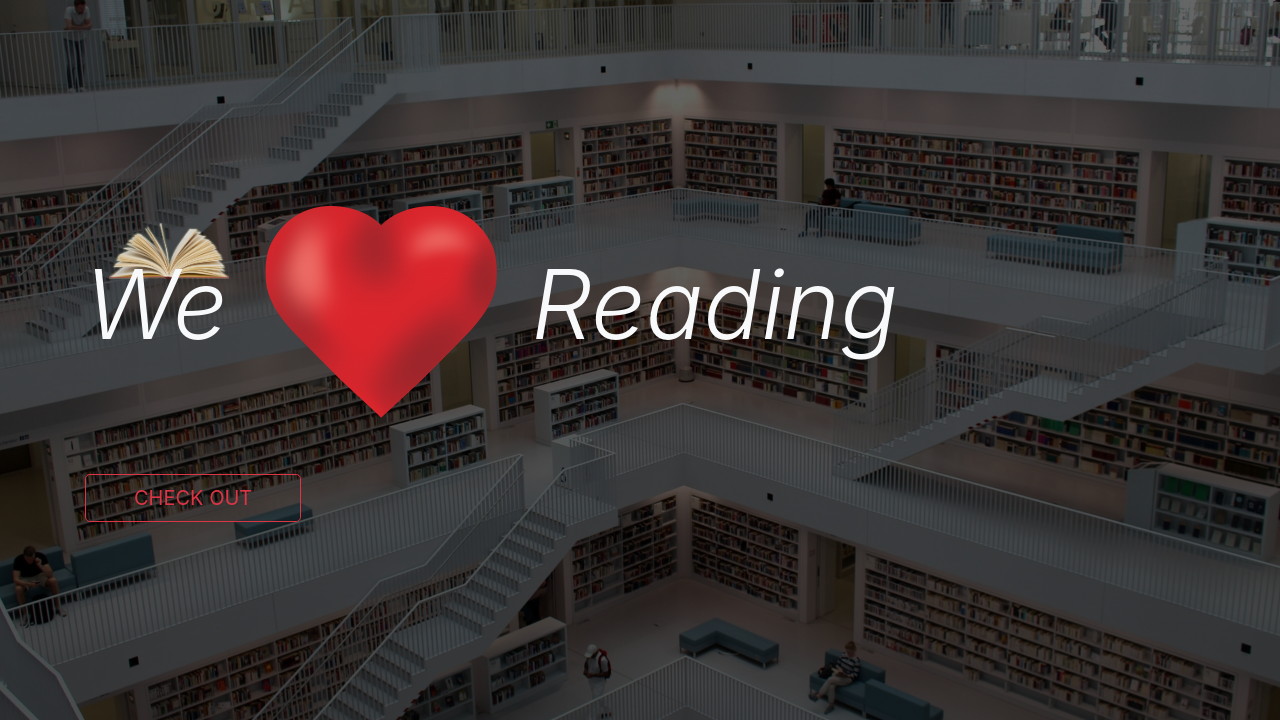
Repository: imedakrouti/BookStore
Page: index.html
An editor plug-in stored every save of this project. The page is shown before and after the next save, followed by the edit.
The browser window is 1280 px wide. The pictures show the whole page.
Some web libraries are served in a nearby version.

Above is the page before, as saved 2020-05-05 17:45:03.

### index.html
<!DOCTYPE html>
<html lang="en">
<head>
    <meta charset="UTF-8">
    <!-- meta view-port responsive design -->
    <meta name="viewport" content="width=device-width, initial-scale=1.0">
    <!-- Favicon -->
    <link rel="shortcut icon" href="images/img/title-img.png" type="image/x-icon">
    <!-- Fontawsome -->
    <link rel="stylesheet" href="https://use.fontawesome.com/releases/v5.0.10/css/all.css" integrity="sha384-+d0P83n9kaQMCwj8F4RJB66tzIwOKmrdb46+porD/OvrJ+37WqIM7UoBtwHO6Nlg" crossorigin="anonymous">
    <!-- Css Bootstrap -->
    <link rel="stylesheet" href="pluguin/bootstrap/css/bootstrap.min.css">
    <!-- Css style -->
    <link rel="stylesheet" href="styles/styles.css">
    <title>Books Site</title>
</head>
<body>
    <!-- Header -->
    <header class="d-flex align-items-center">
        <div class="container">
        <div class="align-self-start position-absolute">
          <a href="#">
            <img src="images/img/book.png" width="120" class="img-fluid m-4">
          </a>
        </div>

          <div class="row">
            <div class="col">
              <h1 class="text-light display-1 font-italic mb-5 banner-heading">We <img src="images/img/heart.png" width="250" class="img-fluid"> Reading</h1>
              <a href="#" class="btn btn-lg btn-outline-danger text-uppercase px-5">Check Out</a>
            </div>
          </div>
        </div>
      </header>
    <!-- End Of Header -->
<!-- Jquery -->
<script src="pluguin/jquery-3.3.1.min.js"></script>
<!-- Popper js -->
<script src="pluguin/popper.js"></script>
<!-- Bootstrap js  -->
<script src="pluguin/bootstrap/js/bootstrap.min.js"></script>
<!-- Own js file -->
<script src="js/script.js"></script>
</body>
</html>

### styles/styles.css
@import url('https://fonts.googleapis.com/css?family=Great+Vibes&display=swap');

*{
    margin: 0;
    padding: 0;
    box-sizing:border-box;
}
body{
    /* font-family: 'Great Vibes', cursive; */
}
a:hover{
    text-decoration: none;
}
header{
    height: 100vh;
    background:linear-gradient(rgba(0,0,0,0.6),rgba(0,0,0,0.7)),url('../images/img/header-bg.jpeg')no-repeat fixed center /cover;
}

.hero{

    display: flex;
    justify-content: center;
    align-items: center;


}

Loaded but not shown: pluguin/bootstrap/css/bootstrap.min.css (library); pluguin/jquery-3.3.1.min.js (library); pluguin/popper.js (library); pluguin/bootstrap/js/bootstrap.min.js (library); js/script.js (no copy from this time; the picture is the same without it)

After the next save:
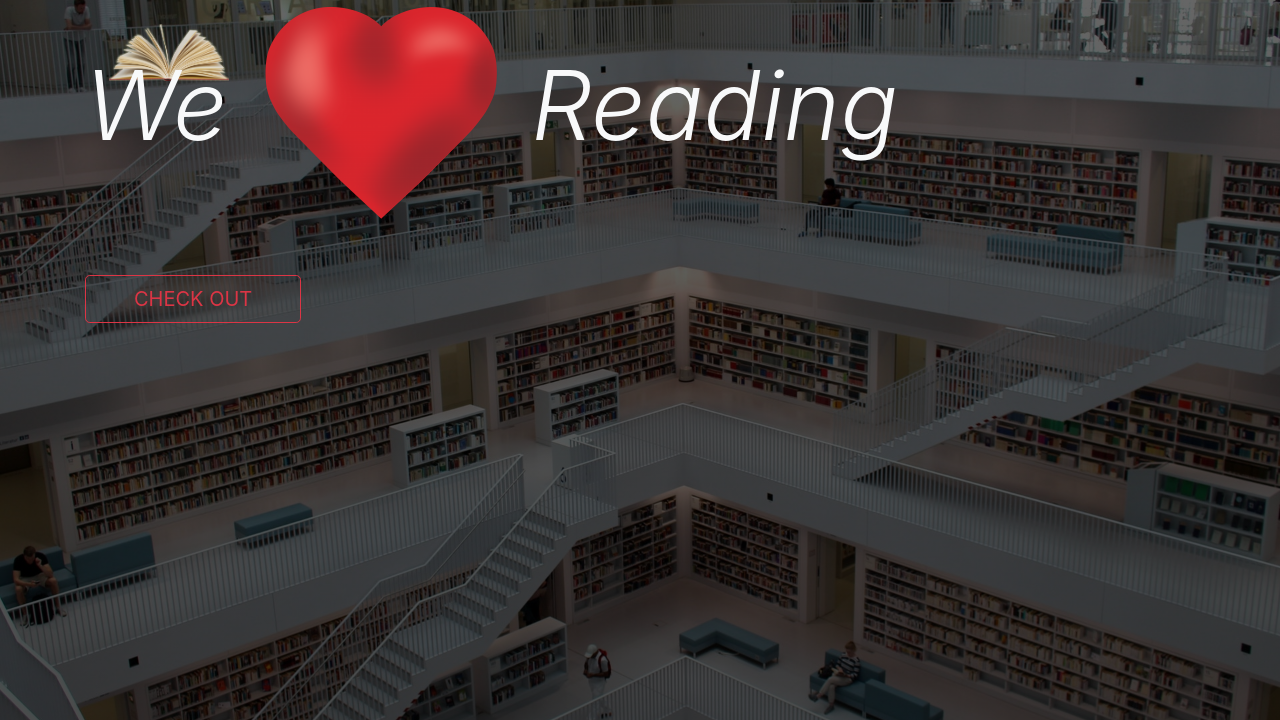
Saved 17 s later.
--- a/index.html
+++ b/index.html
@@ -16,8 +16,8 @@
 </head>
 <body>
     <!-- Header -->
-    <header class="d-flex align-items-center">
-        <div class="container">
+    <header class="">
+        <div class="container d-flex align-items-center">
         <div class="align-self-start position-absolute">
           <a href="#">
             <img src="images/img/book.png" width="120" class="img-fluid m-4">
